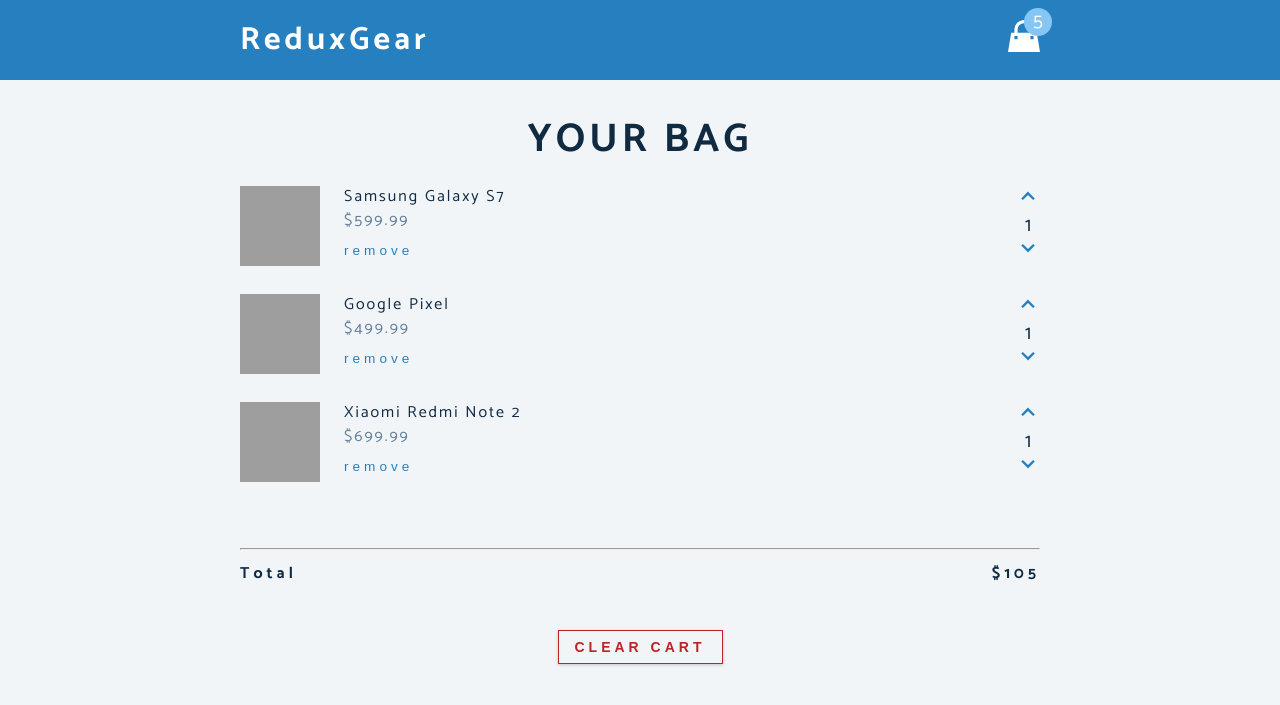
Repository: akinsikuoluwafemi/redux-cart
Page: /
These files come from the project's save history. The page is drawn as it stood at one moment and after a run of saves; the edit follows.
The browser window is 1280 px wide. The pictures show the whole page.
Pictures or frames that could not be fetched are drawn as grey boxes. The project was rebuilt for these pictures with package versions that can differ from the ones it lists, and the page was loaded fresh each time.

Above is the page before, as saved 2021-01-31 21:15:59.

After the next 7 saves:
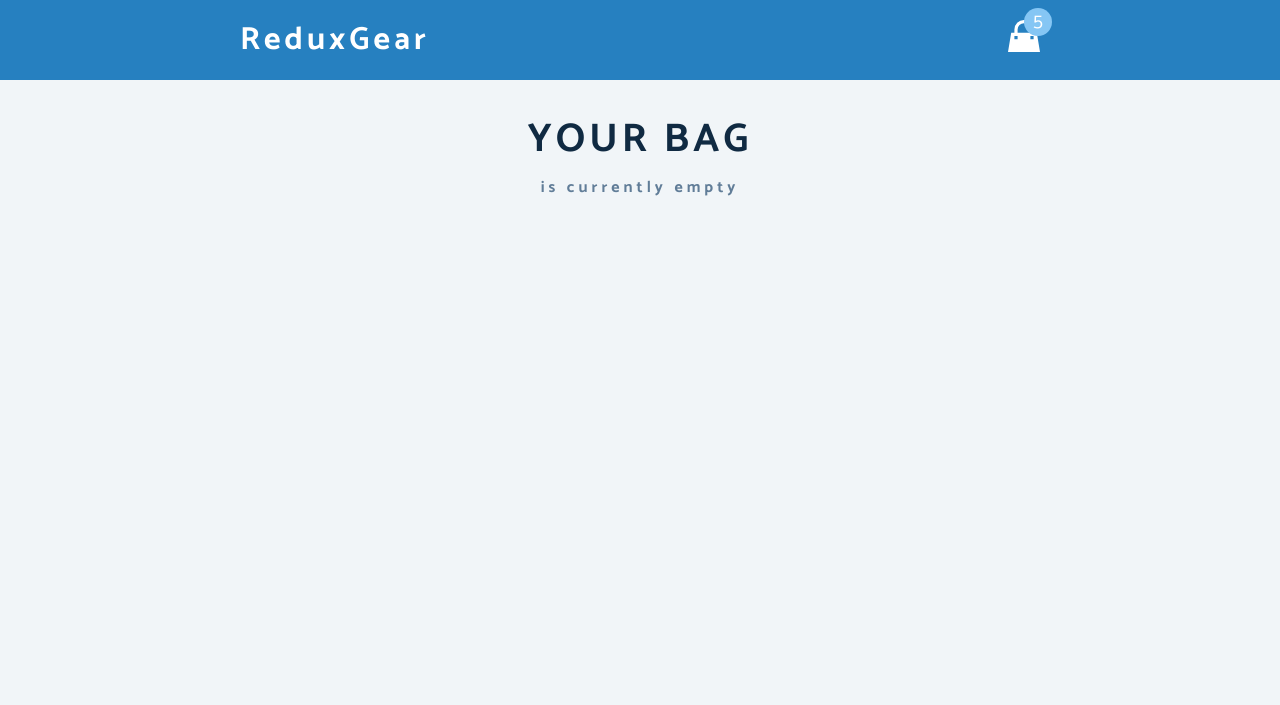
The 7 saves are shown as one change because they came seconds apart.
The last was saved 27 s later.
--- a/src/components/CartContainer.js
+++ b/src/components/CartContainer.js
@@ -37,7 +37,7 @@
             total <span>${ total}</span>
           </h4>
         </div>
-        <button className="btn clear-btn" onClick={() => { }} >clear cart</button>
+        <button className="btn clear-btn" onClick={ dispatch({type: CLEAR_CART})} >clear cart</button>
       </footer>
     </section>
   );

After the 2 saves that followed:
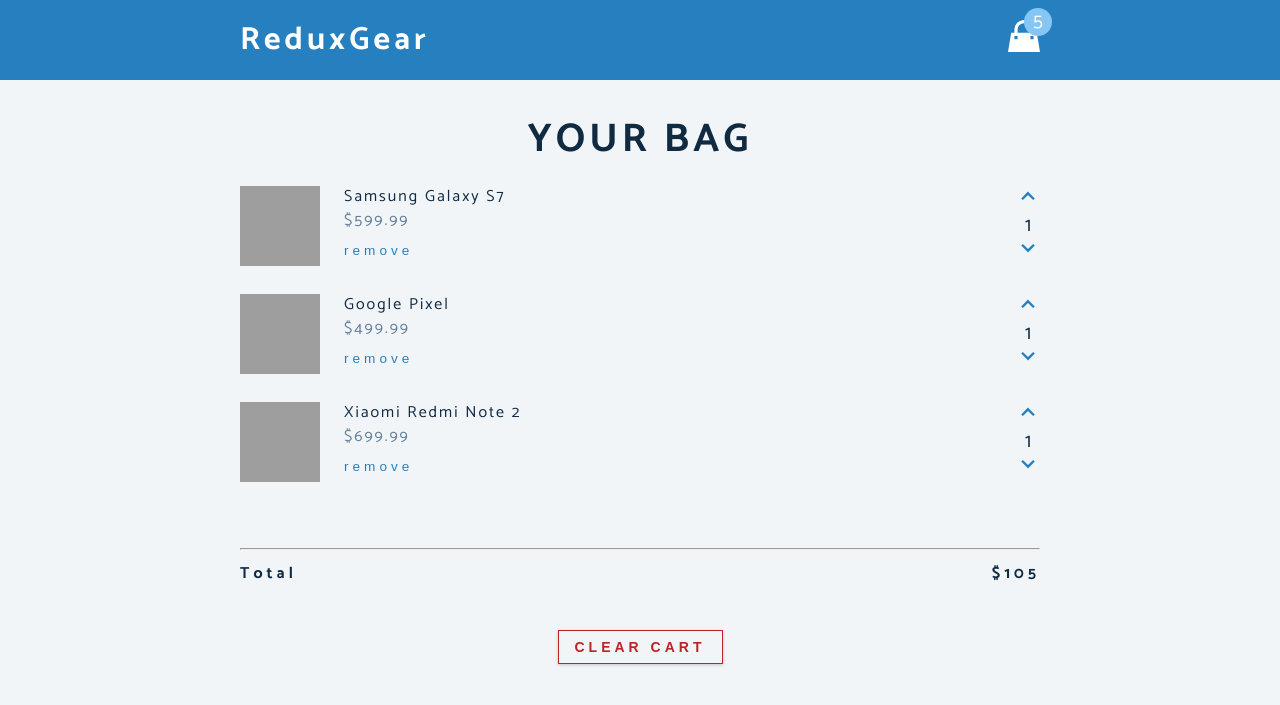
The 2 saves are shown as one change because 1 left the picture as it was.
The last was saved 15 s later.
--- a/src/components/CartContainer.js
+++ b/src/components/CartContainer.js
@@ -37,7 +37,7 @@
             total <span>${ total}</span>
           </h4>
         </div>
-        <button className="btn clear-btn" onClick={ dispatch({type: CLEAR_CART})} >clear cart</button>
+        <button className="btn clear-btn" onClick={ () =>  dispatch({type: CLEAR_CART} )} >clear cart</button>
       </footer>
     </section>
   );
